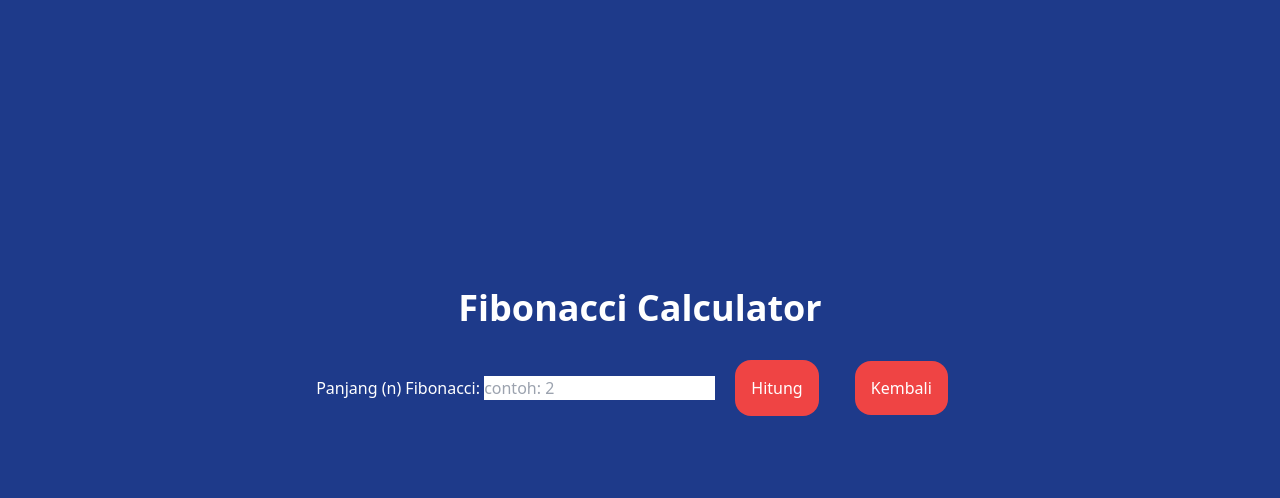
Repository: RifaiKN/flask-week10
Page: http://localhost/fibonacci
An editor plug-in stored every save of this project. The page is shown before and after the next save, followed by the edit.
The browser window is 1280 px wide. The pictures show the whole page.
The page is served by the project's application, run on Flask 3 (app.py).

Above is the page before, as saved 2023-11-17 22:00:40.

After the next save:
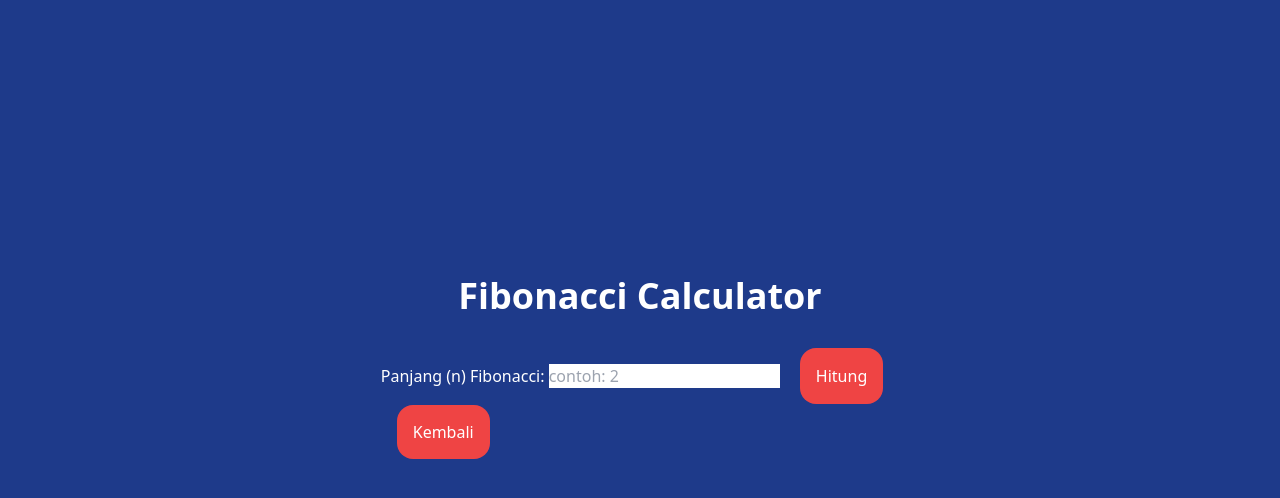
Saved 39 s later.
--- a/templates/fibonacci.html
+++ b/templates/fibonacci.html
@@ -21,11 +21,15 @@
             <label for="length">Panjang (n) Fibonacci:</label>
             <input type="number" name="length" placeholder="contoh: 2" required style="color: #fff;">
             <button class="m-4 p-4 bg-red-500 hover:bg-red-600 rounded-2xl text-white" type="submit">Hitung</button>
-            <a href="/" class="m-4 p-4 bg-red-500 hover:bg-red-600 rounded-2xl text-white">Kembali</a>
+            <div>
+                <a href="/" class="m-4 p-4 bg-red-500 hover:bg-red-600 rounded-2xl text-white">Kembali</a>
+            </div>
         </form>
         {% if error %}
             <p style="color: red;">{{ error }}</p>
-            <a href="/" class="m-4 p-4 bg-red-500 hover:bg-red-600 rounded-2xl text-white">Kembali</a>
+            <div>
+                <a href="/" class="m-4 p-4 bg-red-500 hover:bg-red-600 rounded-2xl text-white">Kembali</a>
+            </div>
         {% endif %}
     {% endif %}
 
